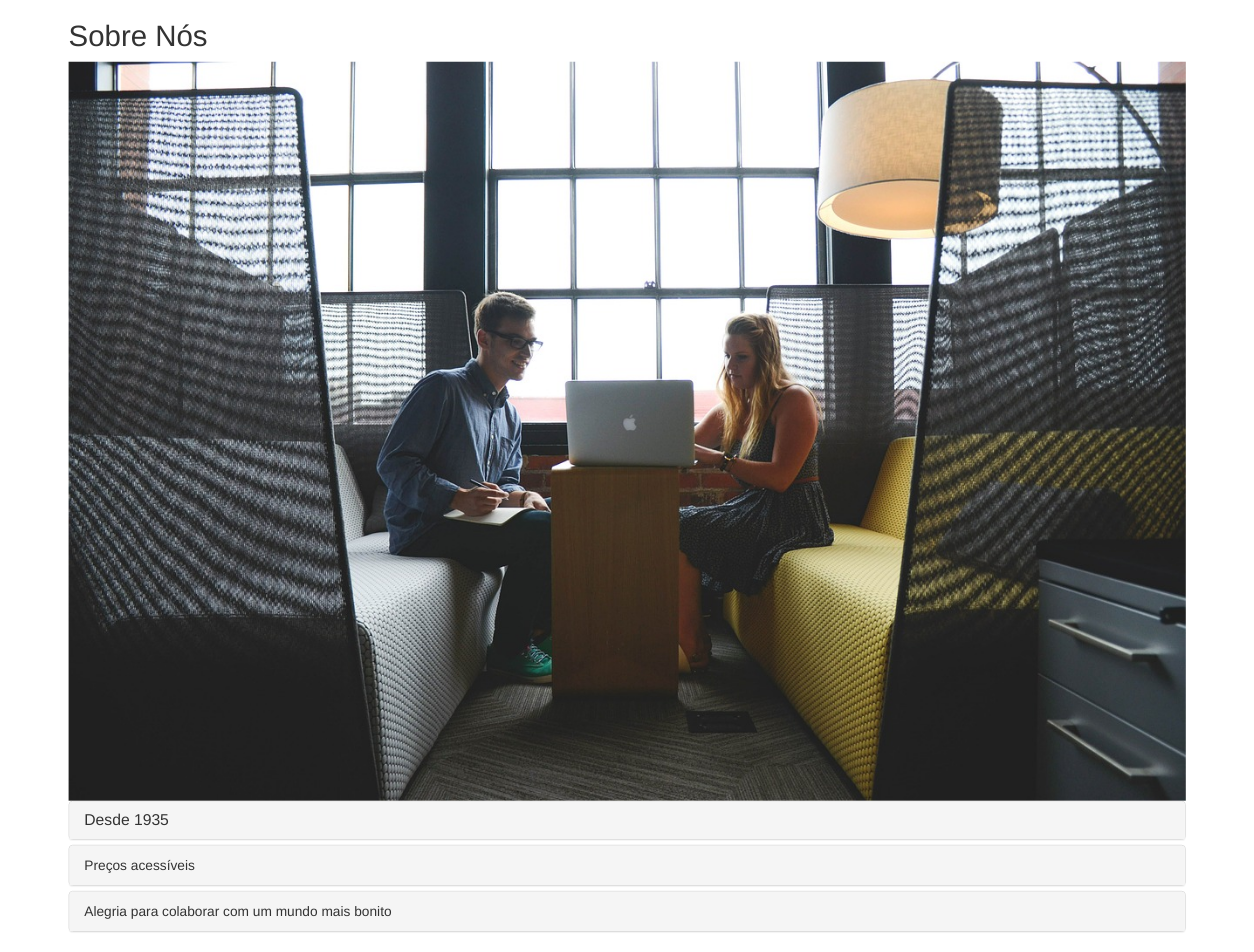
Repository: daviemer/bootstrap-alura
Page: index2.html
An editor plug-in stored every save of this project. The page is shown before and after the next save, followed by the edit.
The browser window is 1280 px wide. The pictures show the whole page, at 98% of full size.

Above is the page before, as saved 2022-07-08 19:30:57.

### index2.html
<!DOCTYPE html>
<html lang="pt-br">
<head>
  <meta charset="UTF-8">
  <meta http-equiv="X-UA-Compatible" content="IE=edge">
  <meta name="viewport" content="width=device-width, initial-scale=1.0">
  <title>Document</title>
  <link rel="stylesheet" href="bootstrap/css/bootstrap.min.css" type="text/css">
</head>
<body>
  <div class="container">
    <h2>Sobre Nós</h2>
    <img class="img-responsive" src="assets/img/empresa.jpg" alt="">

    <div class="panel-group" id="paineis-sobre">
      <div class="panel panel-default">
        <div class="panel-heading">
          <h3 class="panel-title" data-toggle="collapse" data-target="#primeiro-paragrafo" data-parent="#paineis-sobre">Desde 1935</h3>
        </div>
          <div id="primeiro-paragrafo" class="collapse">
            <div class="panel-body">
              <p>A TopCasaFina arquitetura está no mercado desde</p>
            </div>
          </div>

      </div>
      <div class="panel panel-default">
        <div class="panel-heading">
          <h3 class="panel-title" data-toggle="collapse" data-target="#segundo-paragrafo" data-parent="#paineis-sobre"></h3>Preços acessíveis</h3>
        </div>
          <div id="segundo-paragrafo" class="collapse">
            <div class="panel-body">
              <p>A TopCasaFina arquitetura está no mercado desde</p>
            </div>
          </div>

      </div>
      <div class="panel panel-default">
        <div class="panel-heading">
          <h3 class="panel-title" data-toggle="collapse" data-target="#terceiro-paragrafo" data-parent="#paineis-sobre"></h3>Alegria para colaborar com um mundo mais bonito</h3>
        </div>
          <div id="terceiro-paragrafo" class="collapse">
            <div class="panel-body">
              <p >A TopCasaFina arquitetura está no mercado desde</p>
              </div>
          </div>
      </div>
    </div>
  </div>

  </div>
<script src="jquery.js"></script>
<script src="bootstrap/js/bootstrap.min.js"></script>
</body>
</html>

Loaded but not shown: bootstrap/css/bootstrap.min.css (library); jquery.js (library); bootstrap/js/bootstrap.min.js (library)

After the next save:
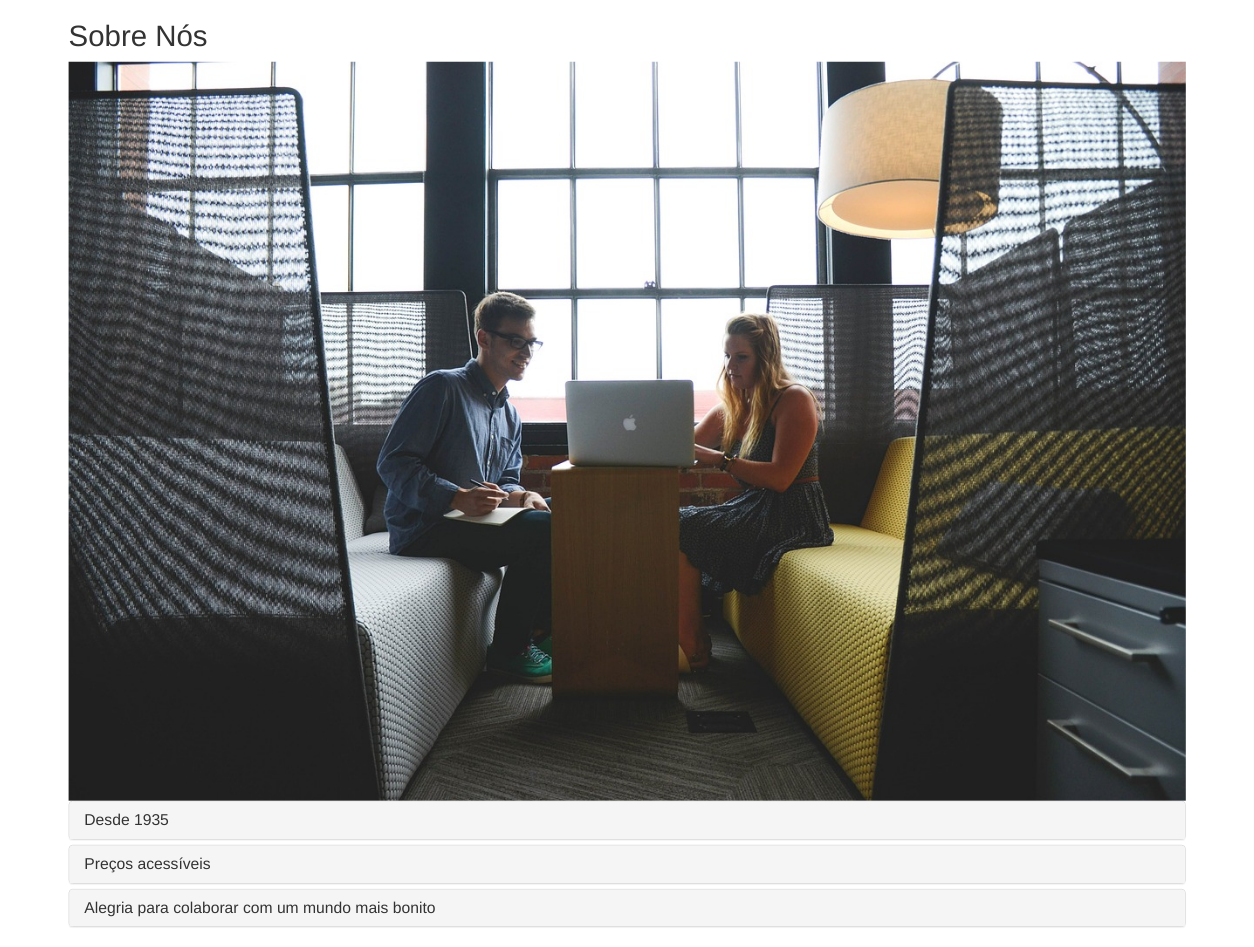
Saved 43 s later.
--- a/index2.html
+++ b/index2.html
@@ -26,7 +26,7 @@
       </div>
       <div class="panel panel-default">
         <div class="panel-heading">
-          <h3 class="panel-title" data-toggle="collapse" data-target="#segundo-paragrafo" data-parent="#paineis-sobre"></h3>Preços acessíveis</h3>
+          <h3 class="panel-title" data-toggle="collapse" data-target="#segundo-paragrafo" data-parent="#paineis-sobre">Preços acessíveis</h3>
         </div>
           <div id="segundo-paragrafo" class="collapse">
             <div class="panel-body">
@@ -37,7 +37,7 @@
       </div>
       <div class="panel panel-default">
         <div class="panel-heading">
-          <h3 class="panel-title" data-toggle="collapse" data-target="#terceiro-paragrafo" data-parent="#paineis-sobre"></h3>Alegria para colaborar com um mundo mais bonito</h3>
+          <h3 class="panel-title" data-toggle="collapse" data-target="#terceiro-paragrafo" data-parent="#paineis-sobre">Alegria para colaborar com um mundo mais bonito</h3>
         </div>
           <div id="terceiro-paragrafo" class="collapse">
             <div class="panel-body">
